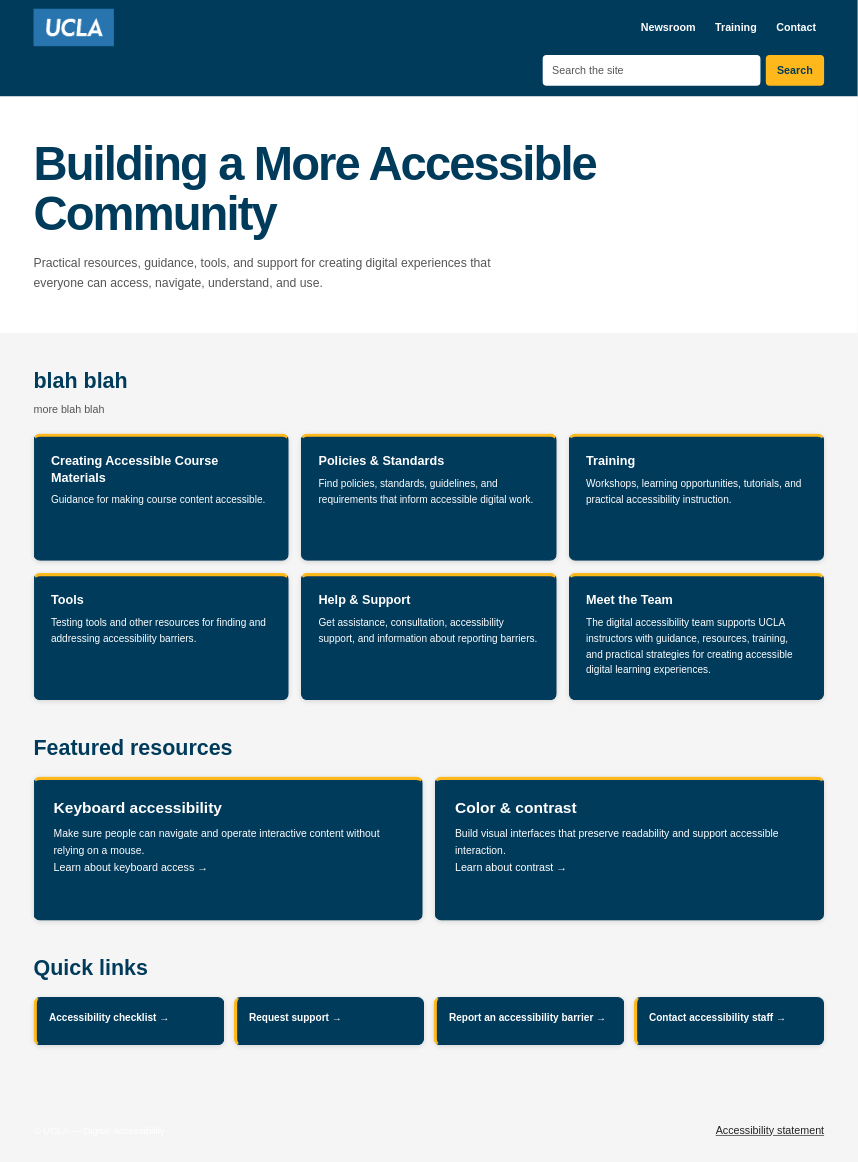
Repository: PSunnywell/UCLA-A11y-barrier-page
Page: index.html
These files come from the project's save history. The page is drawn as it stood at one moment and after the next save; the edit follows.
The browser window is 1280 px wide. The pictures show the whole page, at 67% of full size.

Above is the page before, as saved 2026-10-13 15:56:32.
Not found: search.js

After the next save:
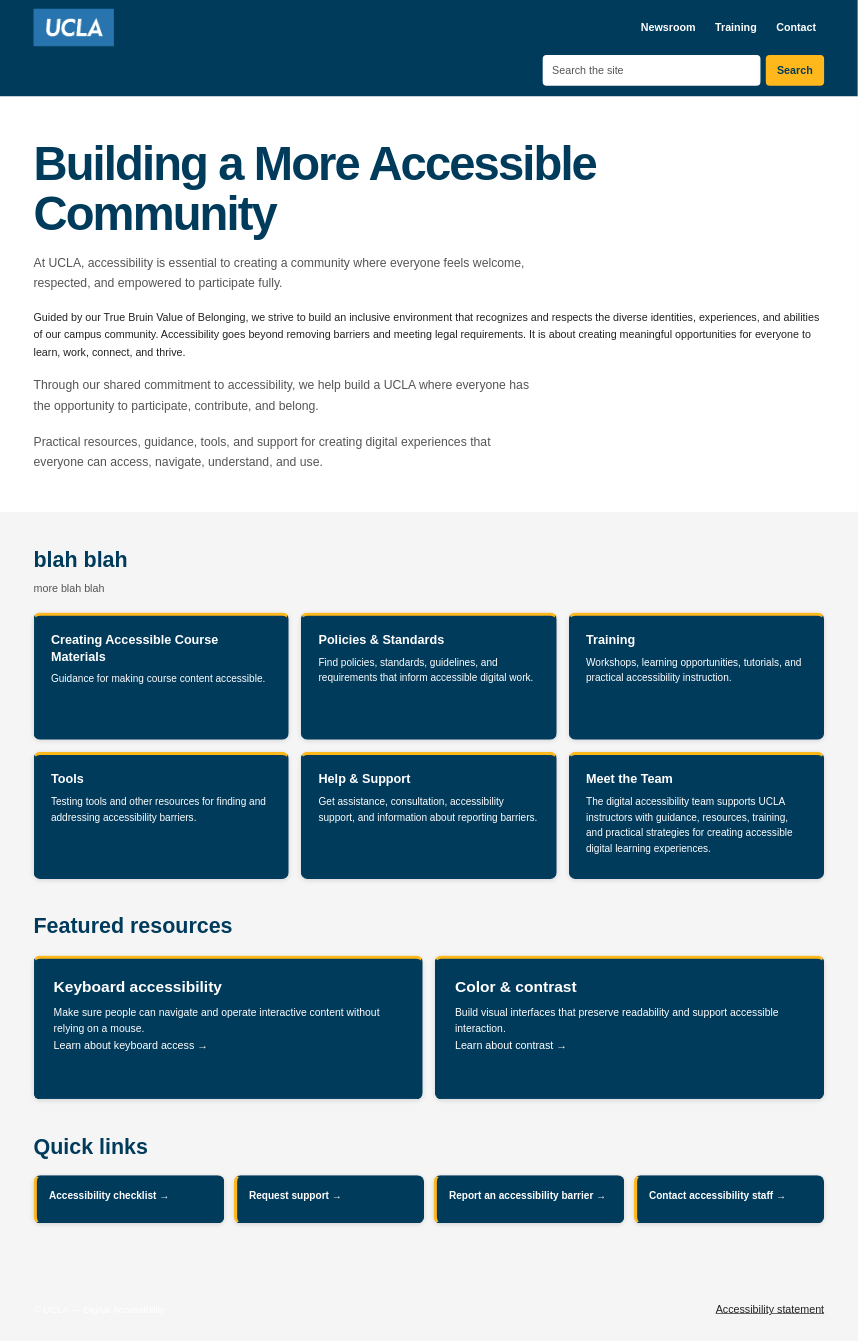
Saved 8 min 14 s later.
--- a/index.html
+++ b/index.html
@@ -50,6 +50,12 @@
        Building a More Accessible Community
       </h1>
 
+      <p>At UCLA, accessibility is essential to creating a community where everyone feels welcome, respected, and empowered to participate fully.</p>
+
+<p></p>Guided by our True Bruin Value of Belonging, we strive to build an inclusive environment that recognizes and respects the diverse identities, experiences, and abilities of our campus community. Accessibility goes beyond removing barriers and meeting legal requirements. It is about creating meaningful opportunities for everyone to learn, work, connect, and thrive.</p>
+
+<p>Through our shared commitment to accessibility, we help build a UCLA where everyone has the opportunity to participate, contribute, and belong.</p>
+
       <p>
         Practical resources, guidance, tools, and support
         for creating digital experiences that everyone can
